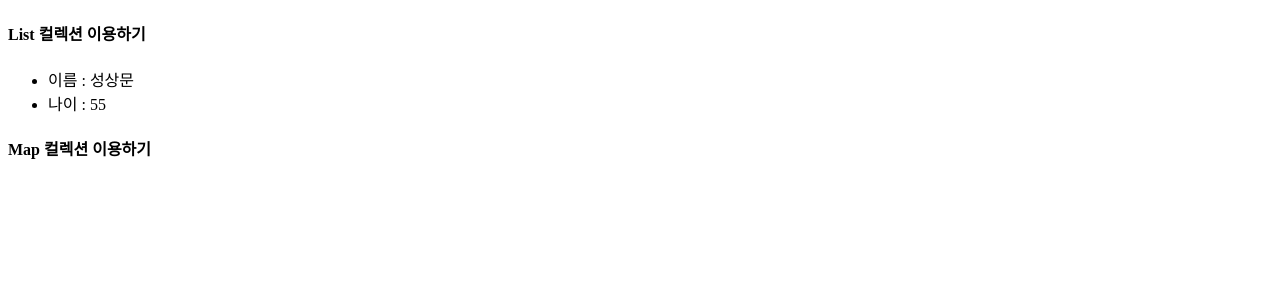
Repository: jjunyuongv/JSP_Servlet
Page: http://localhost/MustHHaveJSP/11JSTL/core/Set2.jsp
The author's editor kept a copy of each file at every save. The page is drawn from the files as they stood at one save, then again after the next save.
The browser window is 1280 px wide. The pictures show the whole page.
The page is served by Tomcat 10. Other server files are loaded and not shown.

Above is the page before, as saved 2025-05-12 07:48:21.

### MustHHaveJSP/src/main/webapp/11JSTL/core/Set2.jsp
<%@page import="common.Person"%>
<%@page import="java.util.ArrayList"%>
<%@ page language="java" contentType="text/html; charset=UTF-8"
    pageEncoding="UTF-8"%>
<%@ taglib prefix="c" uri="http://java.sun.com/jsp/jstl/core" %>
<!DOCTYPE html>
<html>
	<head>
	<meta charset="UTF-8">
	<title>JSTL - set 2</title>
	</head>
	<body>
		<h4>List 컬렉션 이용하기</h4>
		<%
		ArrayList<Person> pList = new ArrayList<Person>();
		pList.add(new Person("성상문", 55));
		pList.add(new Person("박팽년", 60));
		%>
		<c:set var="personList" value="<%= pList %>" scope="request" />
		<ul>
			<li>이름 : ${ requestScope.personList[0].name }</li>
			<li>나이 : ${ personList[0].age }</li>
		</ul>

		<h4>Map 컬렉션 이용하기</h4>
	</body>
</html>

### MustHHaveJSP/src/main/java/common/Person.java
package common;		// 기본 패키지 이외의 패키지(규약1번)

/*
순수하게 데이터 저장 기능만 있는 클래스를 DTO(Data Transfer Object)
혹은 VO(Value Object) 라고 부른다.
자바빈즈(JavaBeans) 규약에 따라 작성한다.

자바빈즈 규약
1 자바빈즈는 기본(default) 패키지 이외의 패키지에 속해야합니다.
2 멤버 변수(속성)의 접근 지정자는 private으로 선언합니다.
3 기본생성자가 있어야 합니다.
4 멤버 변수에 접근할 수 있는 게터setter/세터setter 메서드가 있어야 합니다.
5 게터/세터 메서드의 접근 지정자는 public으로 선언합니다
*/
public class Person
{
	private String name;	// private 멤버 변수(규약 2번)
	private int age;		// private 멤버 변수(규약 2번)

	public Person(){}		// 기본 생성자(규약 3번)

	public Person(String name, int age)
	{
		super();
		this.name = name;
		this.age = age;
	}

	// public 게터/세터 메서드들(규약 4번, 5번)
	public String getName()
	{
		return name;
	}

	public void setName(String name)
	{
		this.name = name;
	}

	public int getAge()
	{
		return age;
	}

	public void setAge(int age)
	{
		this.age = age;
	}
}

After the next save:
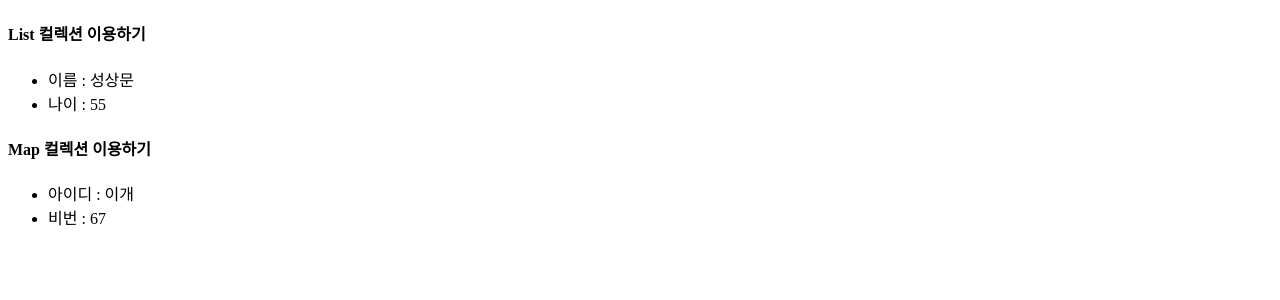
Saved 3 min 53 s later.
--- a/MustHHaveJSP/src/main/webapp/11JSTL/core/Set2.jsp
+++ b/MustHHaveJSP/src/main/webapp/11JSTL/core/Set2.jsp
@@ -1,3 +1,5 @@
+<%@page import="java.util.HashMap"%>
+<%@page import="java.util.Map"%>
 <%@page import="common.Person"%>
 <%@page import="java.util.ArrayList"%>
 <%@ page language="java" contentType="text/html; charset=UTF-8"
@@ -23,5 +25,15 @@
 		</ul>
 
 		<h4>Map 컬렉션 이용하기</h4>
+		<%
+		Map<String, Person> pMap = new HashMap<String, Person>();
+		pMap.put("personArgs1", new Person("하위지", 65));
+		pMap.put("personArgs2", new Person("이개", 67));
+		%>
+		<c:set var="personMap" value="<%= pMap %>" scope="request" />
+		<ul>
+			<li>아이디 : ${ requestScope.personMap.personArgs2.name }</li>
+			<li>비번 : ${ personMap.personArgs2.age }</li>
+		</ul>
 	</body>
 </html>
